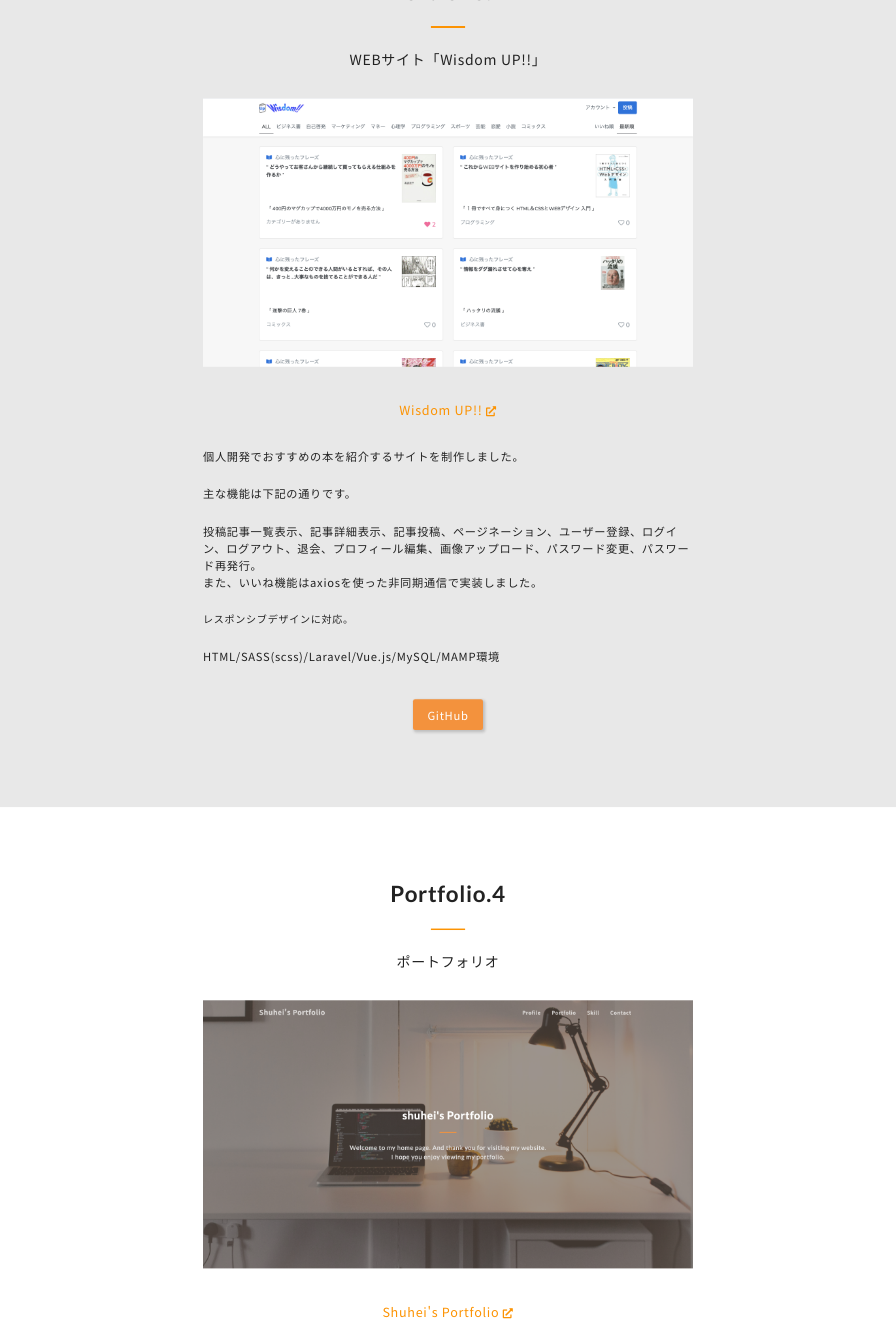
Repository: shuehi23/Portfolio
Page: portfolio/portfolio.html
These files come from the project's save history. The page is drawn as it stood at one moment and after the next save; the edit follows.
The browser window is 1280 px wide. The pictures show the part of the page from y = 4580 to 6500 px (the page is 7034 px tall before and 7088 px after), at 70% of full size.
A picture or video elsewhere on the page could not be fetched, so the positions and the page height are approximate. Some web libraries are served in a nearby version.

Above is the page before, as saved 2020-10-19 09:36:55.

### portfolio/portfolio.html
<!DOCTYPE html>
<html lang="ja">
<head>
  <meta charset="UTF-8">
  <meta name="viewport" content="width=device-width, initial-scale=1.0">
  <meta http-equiv="X-UA-Compatible" content="ie=edge">
  <title>Suhei's Portfolio</title>
  <!-- Google Fontsの読み込み -->
  <link href="https://fonts.googleapis.com/css?family=Lato:400,700|Noto+Sans+JP:400,700&display=swap&subset=japanese" rel="stylesheet">
  <!-- FontAwesomeの読み込み -->
  <link href="https://use.fontawesome.com/releases/v5.12.0/css/all.css" rel="stylesheet">
  <link rel="stylesheet" href="../css/stylesheet.css">
</head>
<body id="DETAIL">
  <!-- Navigation -->
  <nav class="l-navigation" id="mainNav">
    <div class="container">
      <a class="l-navigation_logo" href="">Shuhei's Portfolio</a>
      <div class="menu-trigger js-toggle-sp-menu">
        <span></span>
        <span></span>
        <span></span>
      </div>
      <ul class="l-navigation_list js-toggle-sp-menu-target">
        <li class="l-navigation_item">
          <a class="l-navigation_link" href="index.html#homt">Home</a>
        </li>
        <li class="l-navigation_item">
          <a class="l-navigation_link" href="index.html#portfolio">Portfolio</a>
        </li>
        <li class="l-navigation_item">
          <a class="l-navigation_link" href="index.html#skill">Skill</a>
        </li>
        <li class="l-navigation_item">
          <a class="l-navigation_link" href="index.html#contact">Contact</a>
        </li>
      </ul>
    </div>
  </nav>
  <!-- ヘッダー -->
  <header id="header" class="l-header">
    <div class="l-header_container l-content-wrap-default">
      <h1 class="l-header_title">
         shuhei's Portfolio
      </h1>
      <hr>
      <p class="l-header_text">
         My Portfolio. I hope you enjoy viewing my Portfolio.
      </p>
    </div>
  </header>

  <!-- メインコンテンツ -->
  <main id="main" class="l-main">
    <!-- ポートフォリオ１ -->
    <article id="portfolio01" class="p-detail">
      <div class="p-detail_container l-content-wrap-default">
        <h2 class="p-detail_title">Portfolio.1</h2>
        <hr>
        <h3 class="p-detail_subtitle">サンプルWEBサイト</h3>
        <img src="../image/portfolio01.jpg" alt="" class="p-detail_image">
        <div class="p-detail_link-wrap">
          <a href="#" class="p-detail_link">
            Overseas Sport Tour <i class="fas fa-external-link-alt p-detail_icon"></i>
          </a>
        </div>

        <p class="p-detail_text">
          海外アスリート応援ツアーをイメージして制作しました。
        </p>
        <p class="p-detail_text_small">
          レスポンシブデザインに対応。
        </p>
        <p class="p-detail_text">
          HTML/Scss/bootstrap/JavaScript(jQuery)
        </p>
        <p class="p-detail_text c-btn--wrap">
          <a href="#" class="c-btn--link">GitHub</a>
        </p>
      </div>
    </article>
    <!-- ポートフォリオ２ -->
    <article id="portfolio02" class="p-detail">
      <div class="p-detail_container l-content-wrap-default">
        <h2 class="p-detail_title">Portfolio.2</h2>
        <hr>
        <h3 class="p-detail_subtitle">WEBサービス「Connect With Sports」</h3>
        <img src="../image/connect.jpg" alt="" class="p-detail_image">
        <div class="p-detail_link-wrap">
          <a href="#" class="p-detail_link">
            Connect With Sports <i class="fas fa-external-link-alt p-detail_icon"></i>
          </a>
        </div>
        <p class="p-detail_text">
              個人開発でオリジナルWEBサービスを制作しました。スポーツを通じて繋がることができるWEBサービスです。
        </p>
        <p class="p-detail_text">
              主な機能は下記の通りです。
        </p>
        <p class="p-detail_text">
              記事一覧表示、記事詳細表示、記事投稿、ページネーション、ユーザー登録、ログイン、ログアウト、退会、プロフィール編集、画像アップロード、パスワード変更、パスワード再発行。
        </p>
        <p class="p-detail_text_small">
              PHPとMySQLの実装がメインのため、レスポンシブデザインには非対応。
            </p>
        <p class="p-detail_text">
              HTML/CSS/JavaScript(jQuery)/PHP/MySQL
        </p>
        <p class="p-detail_text c-btn--wrap">
          <a href="#" class="c-btn--link">GitHub</a>
        </p>
      </div>
    </article>
    <!-- ポートフォリオ３ -->
    <article id="portfolio03" class="p-detail">
      <div class="p-detail_container l-content-wrap-default">
        <h2 class="p-detail_title">Portfolio.3</h2>
        <hr>
        <h3 class="p-detail_subtitle">オリジナルゲーム「Get meat challenge」</h3>
        <img src="../image/game.jpg" alt="" class="p-detail_image">
        <div class="p-detail_link-wrap">
          <a href="#" class="p-detail_link">
            Get meat challenge<i class="fas fa-external-link-alt p-detail_icon"></i>
          </a>
        </div>
        <p class="p-detail_text">
                  個人開発でオリジナルゲームを制作しました。出てくるキャラクター倒し、肉をゲットするシンプルなゲームです。
        </p>
        <p class="p-detail_text">
                  オブジェクト指向を用いて制作しました。
        </p>
        <p class="p-detail_text_small">
                  レスポンシブデザインには非対応。
        </p>
        <p class="p-detail_text">
                  PHP/HTML/CSS/JavaScript(jQuery)
        </p>
        <p class="p-detail_text c-btn--wrap">
          <a href="#" class="c-btn--link">GitHub</a>
        </p>
      </div>
    </article>
    <!-- ポートフォリオ4 -->
    <article id="portfolio04" class="p-detail">
      <div class="p-detail_container l-content-wrap-default">
        <h2 class="p-detail_title">Portfolio.4</h2>
        <hr>
        <h3 class="p-detail_subtitle">WEBサイト「Wisdom UP!!」</h3>
        <img src="../image/wisdom.jpg" alt="" class="p-detail_image">
        <div class="p-detail_link-wrap">
          <a href="#" class="p-detail_link">
            Wisdom UP!!<i class="fas fa-external-link-alt p-detail_icon"></i>
          </a>
        </div>
        <p class="p-detail_text">
                  個人開発でおすすめの本を紹介するサイトを制作しました。
        </p>
        <p class="p-detail_text">
                  主な機能は下記の通りです。
        </p>
        <p class="p-detail_text">
                  投稿記事一覧表示、記事詳細表示、記事投稿、ページネーション、ユーザー登録、ログイン、ログアウト、退会、プロフィール編集、画像アップロード、パスワード変更、パスワード再発行。<br>
                  また、いいね機能はaxiosを使った非同期通信で実装しました。
        </p>
        <p class="p-detail_text_small">
                  レスポンシブデザインに対応。
        </p>
        <p class="p-detail_text">
                  HTML/SASS(scss)/Laravel/Vue.js/MySQL/MAMP環境
        </p>
        <p class="p-detail_text c-btn--wrap">
          <a href="#" class="c-btn--link">GitHub</a>
        </p>
      </div>
    </article>
    <!-- ポートフォリオ5 -->
    <article id="portfolio04" class="p-detail">
      <div class="p-detail_container l-content-wrap-default">
        <h2 class="p-detail_title">Portfolio.4</h2>
        <hr>
        <h3 class="p-detail_subtitle">ポートフォリオ</h3>
        <img src="../image/portfolio.jpg" alt="" class="p-detail_image">
        <div class="p-detail_link-wrap">
          <a href="#" class="p-detail_link">
            Shuhei's Portfolio<i class="fas fa-external-link-alt p-detail_icon"></i>
          </a>
        </div>
        <p class="p-detail_text">
                      当ポートフォリオサイトです。スキルやポートフォリオが分かりやすいように意識しています。
        </p>
        <p class="p-detail_text_small">
                      レスポンシブデザインに対応。
        </p>
        <p class="p-detail_text">
                      HTML/CSS/JavaScript(jQuery)
        </p>
        <p class="p-deteail_text c-btn--wrap">
          <a href="#" class="c-btn--link">GitHub</a>
        </p>
      </div>
    </article>
  </main>
  <!-- フッター -->
  <footer id="footer" class="l-footer">
    <div class="l-footer_container l-content-wrap-default">
      <p class="l-footer_title">Shuhei's portfolio</p>
      <small class="l-footer_copyright">
        &copy 2020 Shuhei's Portfolio All Right Reserved.
      </small>
    </div>
    <button type="button" class="l-footer_button js-scroll-top">
      <i class="fas fa-angle-double-up l-footer_go-to-top"></i>
    </button>
  </footer>
  <script src="https://code.jquery.com/jquery-3.4.1.min.js" integrity="sha256-CSXorXvZcTkaix6Yvo6HppcZGetbYMGWSFlBw8HfCJo=" crossorigin="anonymous"></script>
  <!-- smooth-scroll.jsのファイルを読み込み -->
  <script src="https://cdn.jsdelivr.net/gh/cferdinandi/smooth-scroll/dist/smooth-scroll.polyfills.min.js"></script>
  <!-- JavaScriptファイルの読み込み -->
  <script src="../js/main.js"></script>
</body>
</html>

Loaded but not shown: js/main.js (62 lines, source omitted); css/stylesheet.css (957 lines, source omitted)

After the next save:
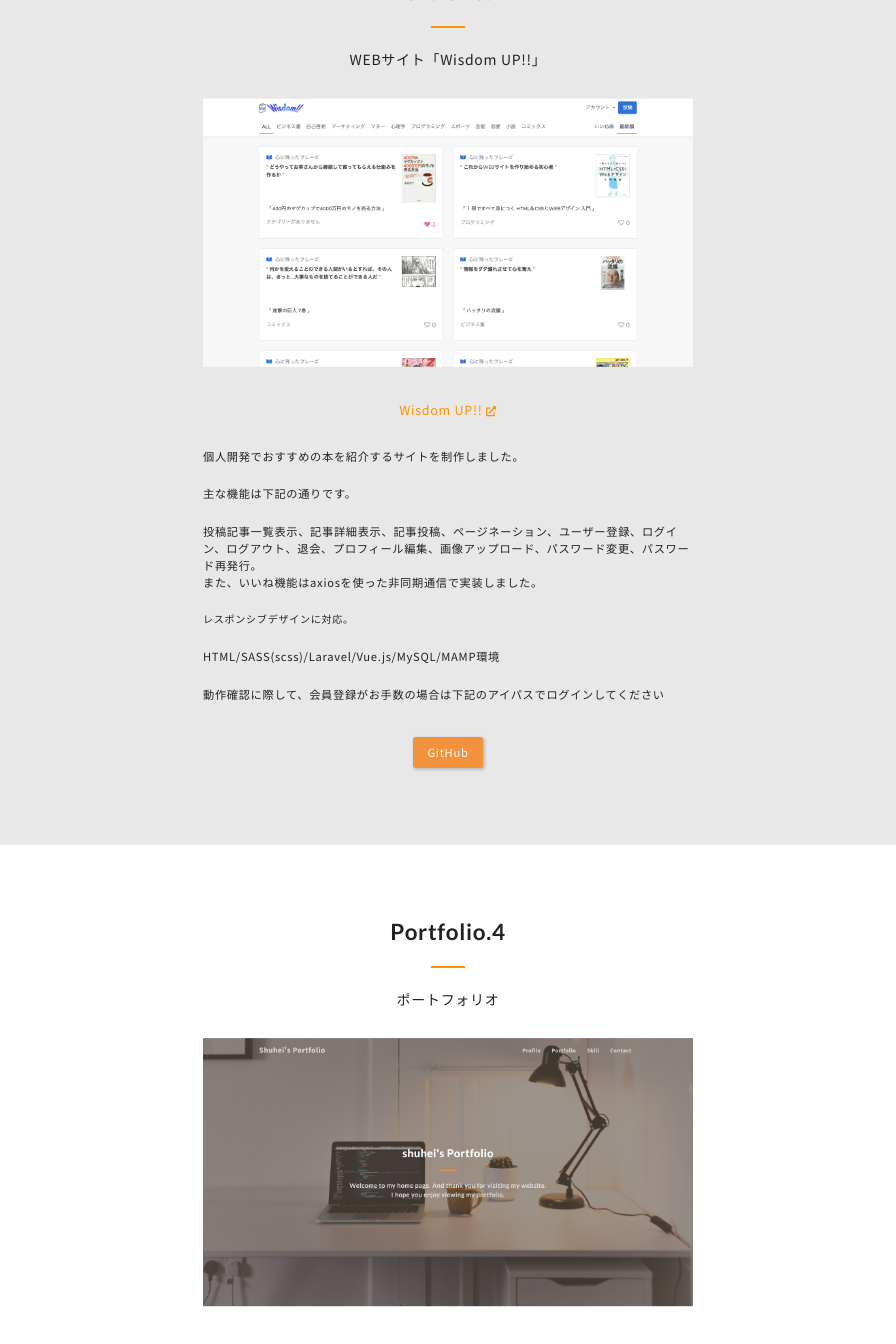
Saved 5 days later.
--- a/portfolio/portfolio.html
+++ b/portfolio/portfolio.html
@@ -168,6 +168,9 @@
         <p class="p-detail_text">
                   HTML/SASS(scss)/Laravel/Vue.js/MySQL/MAMP環境
         </p>
+        <p class="p-detail_text">
+                   動作確認に際して、会員登録がお手数の場合は下記のアイパスでログインしてください
+        </p>
         <p class="p-detail_text c-btn--wrap">
           <a href="#" class="c-btn--link">GitHub</a>
         </p>
